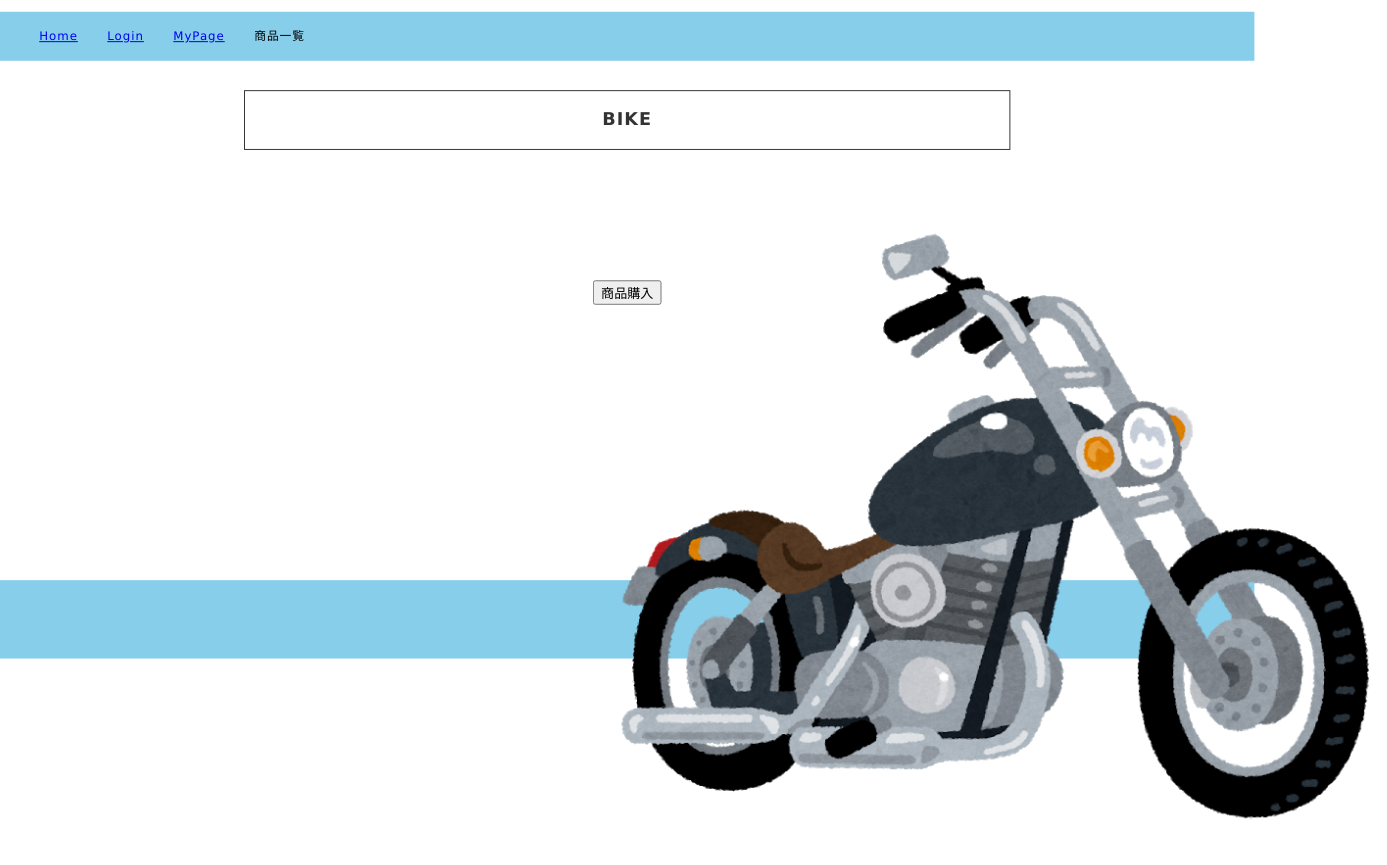
Repository: RYOYAEGAWA/test
Page: http://localhost/ecsite_a/
These files come from the project's save history. The page is drawn as it stood at one moment and after the next save; the edit follows.
The browser window is 1280 px wide. The page is 1415 px wide, so the pictures cover 1415 px, including what lies to the right of the window. The pictures show the whole page, at 98% of full size.
The page is served by Tomcat 9. Other server files are loaded and not shown.

Above is the page before, as saved 2018-05-18 15:07:36.

### java/Eclipse_Data/ecsite_a/WebContent/home.jsp
<%@ page language="java" contentType="text/html; charset=UTF-8" pageEncoding="UTF-8"%>
<%@ taglib prefix="s" uri="/struts-tags" %>

<!DOCTYPE html>
<html>
<head>
		<meta http-equiv="Content-Type" content="text/html; charset=utf-8"/>
		<meta http-equiv="Content-Style-Type" content="text/css" />
		<meta http-equiv="Content-Script-Type" content="text/javascript" />
		<meta http-equiv="imagetoolbar" content="no" />
		<meta name="description" content="" />
		<meta name="keywords" content="" />
		<title>Home画面</title>

		<style type="text/css">
			body {
			margin:0;
			padding:0;
			line-height:1.6;
			letter-spacing:1px;
			font-family:Verdana, Helvetica, sans-serif;
			font-size:12px;
			color:#333;
			background:#fff;
			}

			table {
			text-align:center;
			margin:0 auto;
			}

			#top {
			width:780px;
			margin:30px auto;
			border:1px solid #333;
			}

			/* #header {
			width:100%;
			height:80px;
			background-color:black;
			} */

			#main {
			width:100%;
			height:500px;
			text-align:center;
			}

			#footer {
			width:100%;
			height:80px;
			background-color:skyblue;
			clear:both;
			}
			#text-center {
			display: inline-block;
			text-align: center;
			}

			.HomeImage{
			display:block;
			margin:0 auto;
			height:50px;
			width:50px;
			margin-top:50px;
			margin-bottom:30px;
			z-index:5;
			align:middle;

			}

		</style>

</head>
<body>
<s:include value="Header.jsp"></s:include>
		<!-- <div id="header">
			<div id ="pr">
			</div>
		</div> -->
		<div id="main">
			<div id="top">
				<h2>BIKE</h2>
			</div>

			<div class="HomeImage">
			<div><img src="./image/bike_american_choppers_.jpg"></div>
			</div>


			<div id="text-center">
				<s:form action="HomeAction">
						<s:submit value="商品購入"/>
				</s:form>
				<s:if test="#session.id != null">
						<p>ログアウトする場合は
								<a href= '<s:url action="LogoutAction" />'>こちら</a></p>
				</s:if>
				</div>
			</div>


			<div id="footer">
					<div id="pr">
					</div>
			</div>

</body>
</html>

### java/Eclipse_Data/ecsite_a/WebContent/Header.jsp
<%@ page language="java" contentType="text/html; charset=UTF-8" pageEncoding="UTF-8"%>
<%@ taglib prefix="s" uri="/struts-tags" %>

<!DOCTYPE html>
<html>
<head>
		<meta http-equiv="Content-Type" content="text/html; charset=utf-8"/>
		<meta http-equiv="Content-Style-Type" content="text/css" />
		<meta http-equiv="Content-Script-Type" content="text/javascript" />
		<meta http-equiv="imagetoolbar" content="no" />
		<meta name="description" content="" />
		<meta name="keywords" content="" />
		<title>header表示</title>

		<style type="text/css">
		.contents {
		height:50px;
		width:100%;
		background-color:skyblue;
		line-height:30px;
		}

		li{
		float:left;
		list-style:none;
		color:black;
		padding-right:30px;
		padding-top:10px;


		}

		</style>
</head>
<body>

<header>
	<div class="contents">
		<ul>
			<li><a href='<s:url action="GoHomeAction"/>'>Home</a></li>
			<li><a href='<s:url action="HomeAction"/>'>Login</a></li>
			<li><a href='<s:url action="MyPageAction"/>'>MyPage</a></li>
			<li>商品一覧</li>
		</ul>
	</div>
</header>





</body>
</html>

After the next save:
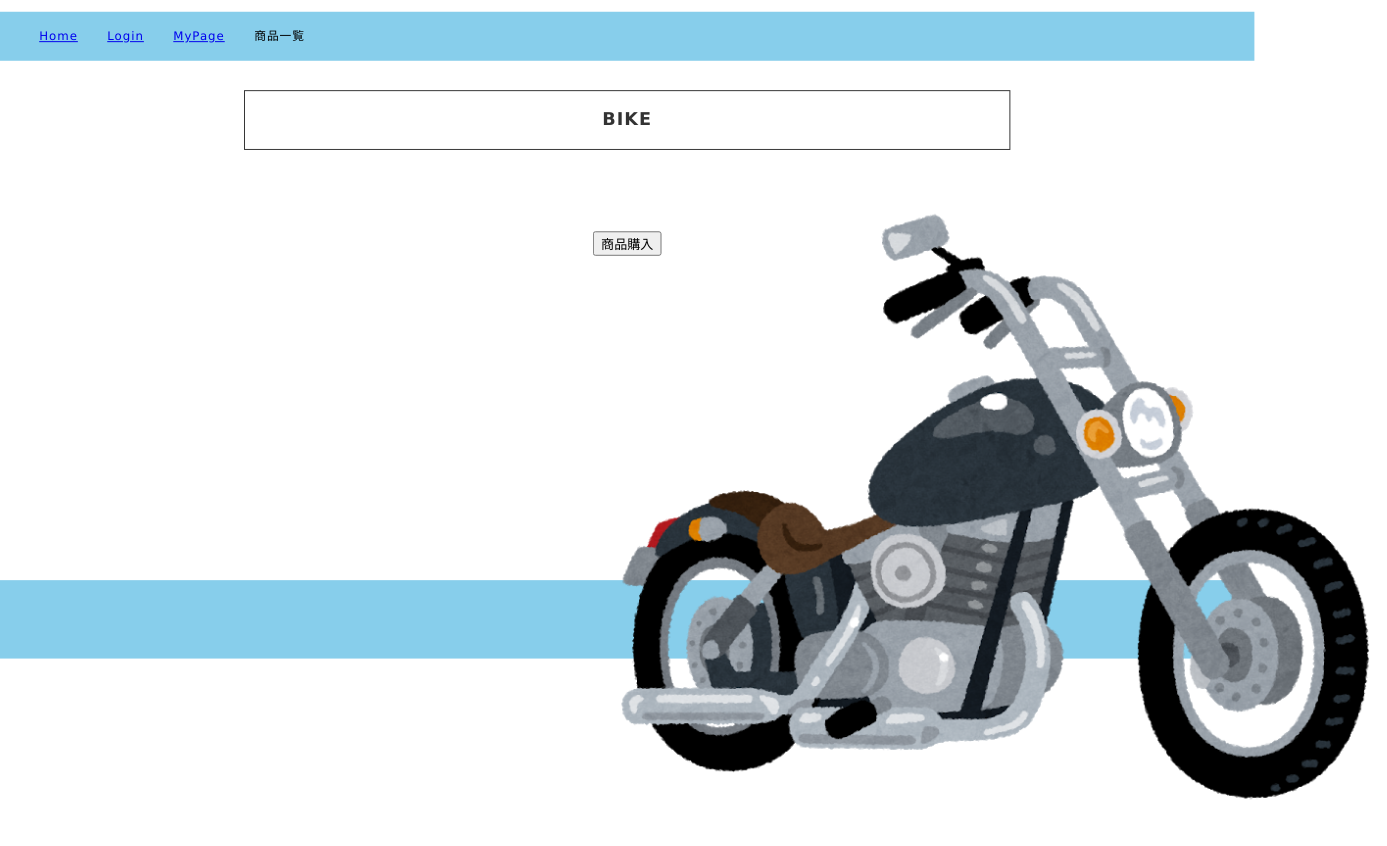
Saved 8 min 5 s later.
--- a/java/Eclipse_Data/ecsite_a/WebContent/home.jsp
+++ b/java/Eclipse_Data/ecsite_a/WebContent/home.jsp
@@ -59,14 +59,14 @@
 			}
 
 			.HomeImage{
-			display:block;
+			/* display:block; */
 			margin:0 auto;
 			height:50px;
 			width:50px;
-			margin-top:50px;
-			margin-bottom:30px;
+			margin-top:0px;
+			margin-bottom:0px;
 			z-index:5;
-			align:middle;
+			/* align:middle; */
 
 			}
 
